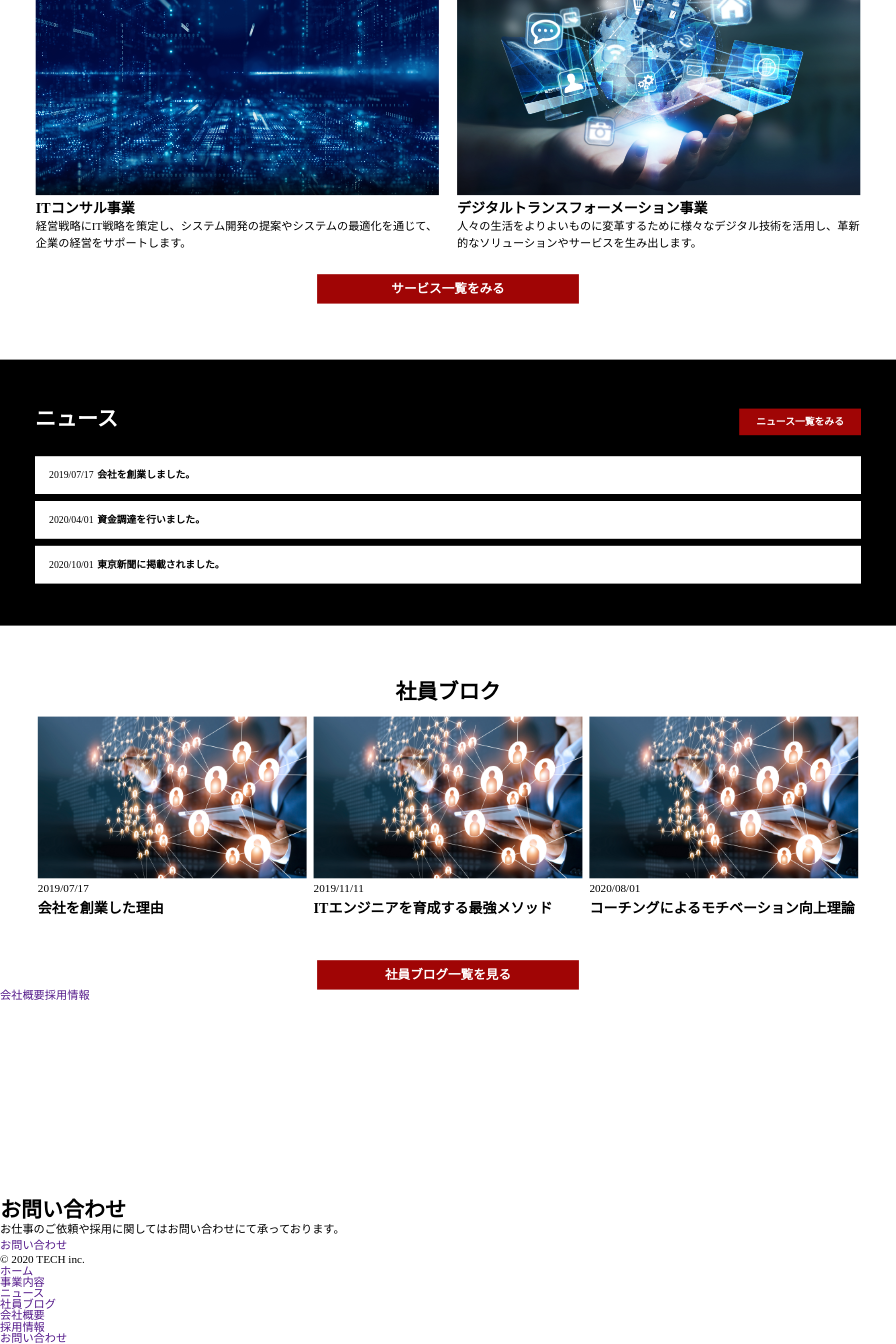
Repository: masanarimiura/20220516_miura
Page: index.html
The author's editor kept a copy of each file at every save. The page is drawn from the files as they stood at one save, then again after a run of saves.
The browser window is 1280 px wide. The pictures show the part of the page from y = 1664 to 3584 px (the page is 3584 px tall), at 70% of full size.

Above is the page before, as saved 2022-05-13 20:52:51.

After the next 3 saves:
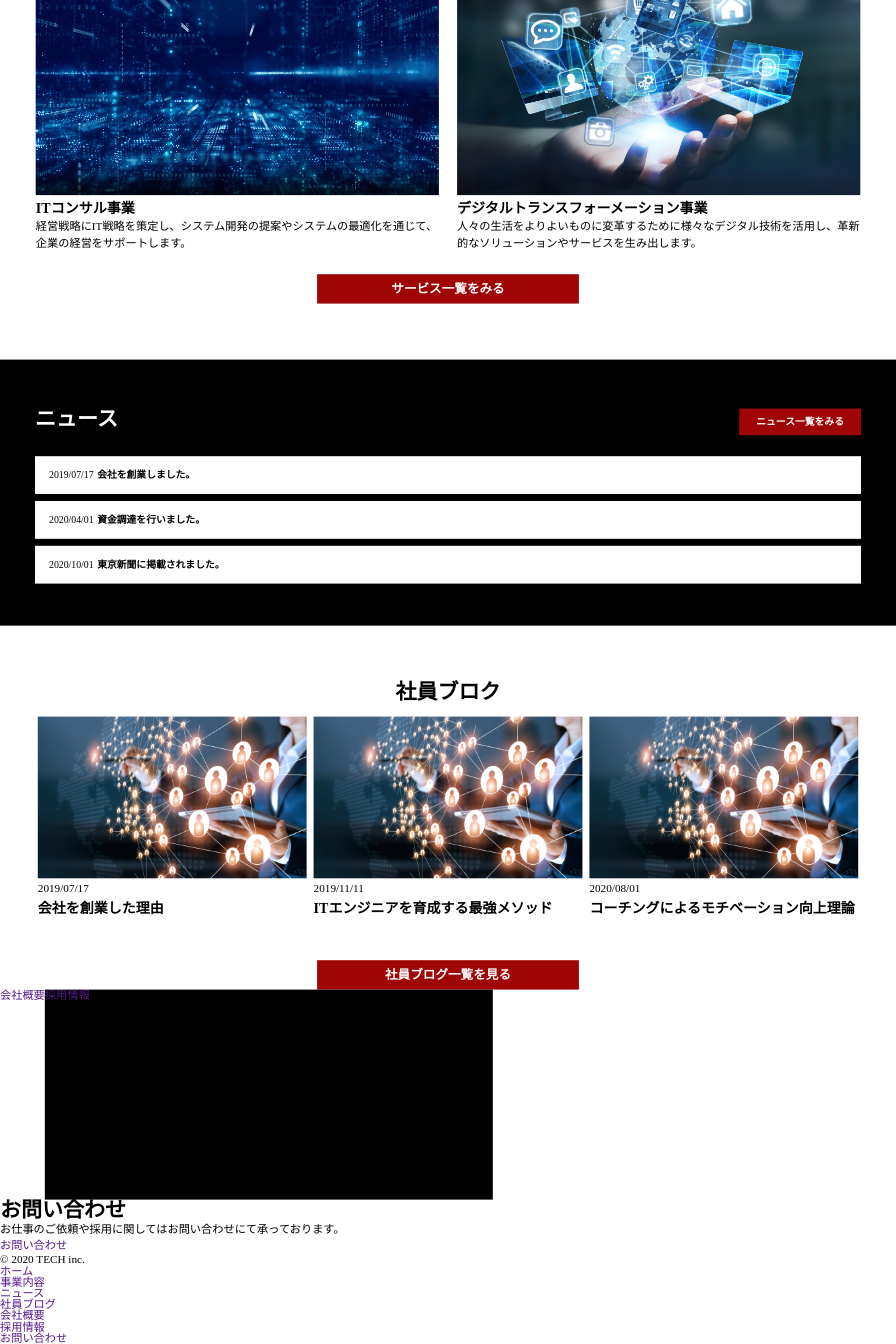
The 3 saves are shown as one change because they came seconds apart.
The last was saved 10 s later.
--- a/css/index.css
+++ b/css/index.css
@@ -182,4 +182,5 @@ p {
 .info__recruit {
   width: 50%;
   height: 300px;
+  background: #000;
 }
